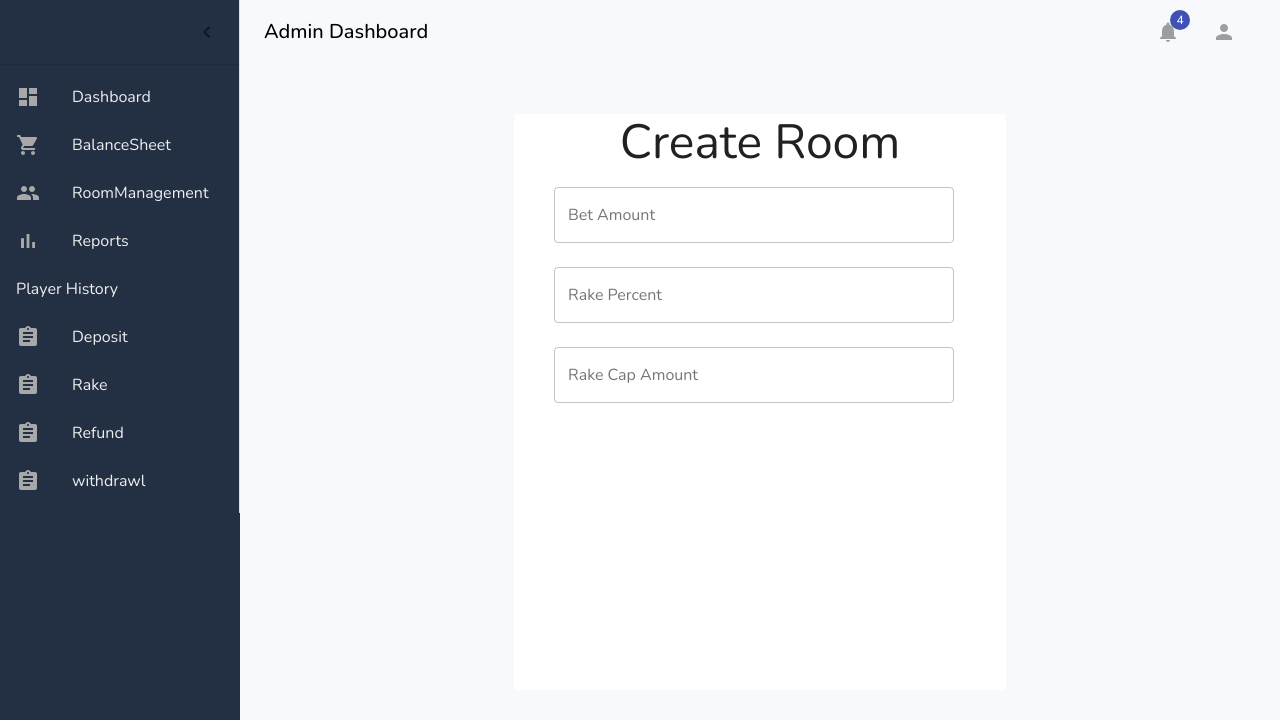
Repository: imayankbisht/ludofrontend
Page: /create
These files come from the project's save history. The page is drawn as it stood at one moment and after the next save; the edit follows.
The browser window is 1280 px wide. The pictures show the whole page.
The project was rebuilt for these pictures with package versions that can differ from the ones it lists, and the page was loaded fresh each time. Also part of the build but not shown: src/Components/Title.js, src/Components/Cards/Deposits.js, src/Components/Cards/Cashout.js, src/Components/Cards/Netbalance.js, src/Components/Cards/Rake.js, src/Components/Cards/Refund.js, src/Components/UserControl.js, src/Components/UserTable.js and 5 more.

Above is the page before, as saved 2021-01-20 13:10:16.

After the next save:
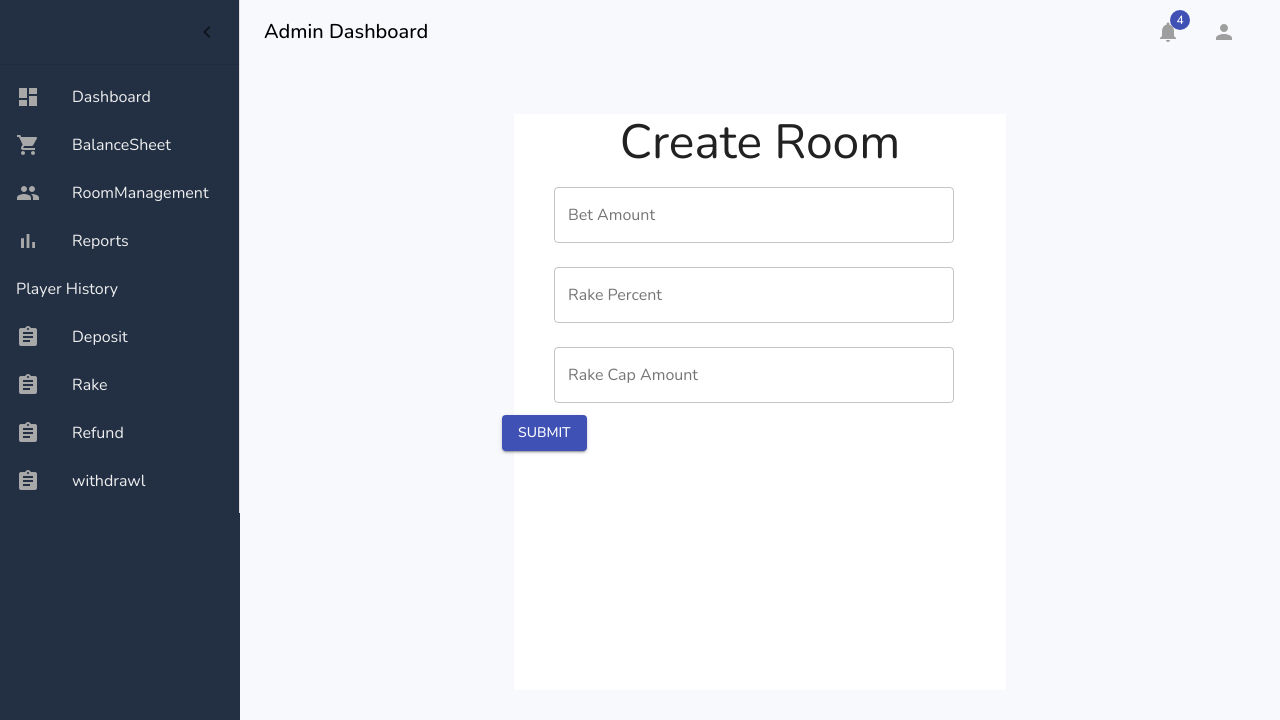
Saved 5 s later.
--- a/src/Components/UserForm.js
+++ b/src/Components/UserForm.js
@@ -101,6 +101,9 @@ export default function UserForm(props){
                         onChange={(e)=>{setRakeCapAmount(e.target.value)}}
                       />
                    </Grid>
+                   <Button type="submit" variant="contained" color="primary">
+                   Submit
+                </Button>
                 </Grid>
 
             </form>
